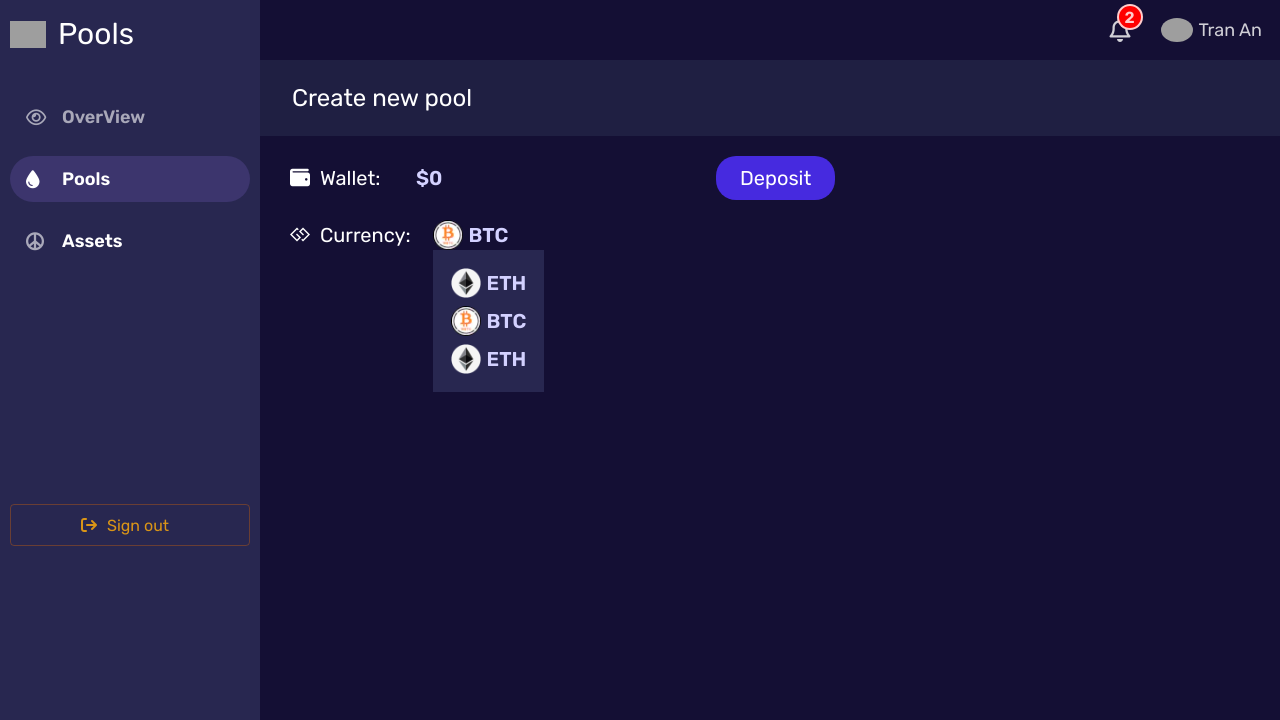
Repository: quynh232000/pools
Page: pool/create-pool.html
The author's editor kept a copy of each file at every save. The page is drawn from the files as they stood at one save, then again after the next save.
The browser window is 1280 px wide. The pictures show the whole page.
The pointer rests on the first visible `.type-money-more .type-money-item`.
Pictures or frames that could not be fetched are drawn as grey boxes.

Above is the page before, as saved 2023-07-14 00:37:01.

### pool/create-pool.html
<!DOCTYPE html>
<html lang="en">
  <head>
    <meta charset="UTF-8" />
    <meta name="viewport" content="width=device-width, initial-scale=1.0" />
    <title>Create Pool</title>

    <link rel="stylesheet" href="../src/css/base.css" />
    <link rel="stylesheet" href="../src/css/style.css" />
    <link rel="stylesheet" href="../src/css/pool.css" />
    <link rel="stylesheet" href="../src/css/create-pool.css" />
    <link
      rel="stylesheet"
      href="https://cdnjs.cloudflare.com/ajax/libs/font-awesome/6.4.0/css/all.min.css"
      integrity="sha512-iecdLmaskl7CVkqkXNQ/ZH/XLlvWZOJyj7Yy7tcenmpD1ypASozpmT/E0iPtmFIB46ZmdtAc9eNBvH0H/ZpiBw=="
      crossorigin="anonymous"
      referrerpolicy="no-referrer"
    />
  </head>
  <body>
    <div class="container">
      <div class="sidebar">
        <div class="sidebar-logo">
          <img src="https://sef-eco.vercel.app/assets/images/logo.png" alt="" />
          <span>Pools</span>
        </div>
        <div class="sidebar-items">
          <div class="sidebar-list">
            <div class="sidebar-item">
              <i class="fa-regular fa-eye"></i>
              <div class="sidebar-item-name">OverView</div>
            </div>
            <div class="sidebar-item sidebar-item-active">
              <i class="fa-solid fa-droplet"></i>
              <a href="/pool.html" class="sidebar-item-name">Pools</a>
            </div>
            <div class="sidebar-item">
              <i class="fa-solid fa-peace"></i>
              <a href="/index.html" class="sidebar-item-name">Assets</a>
            </div>
          </div>

          <div class="sidebar-sign-out">
            <i class="fa-solid fa-arrow-right-from-bracket"></i>
            <div class="sidebar-item-name">Sign out</div>
          </div>
        </div>
      </div>
      <div class="content">
        <div class="header">
          <div class="header-noti">
            <i class="fa-regular fa-bell"></i>
            <div class="header-noti-count">2</div>
          </div>
          <div class="header-user">
            <img
              src="https://static.vecteezy.com/system/resources/previews/002/002/257/original/beautiful-woman-avatar-character-icon-free-vector.jpg"
              alt=""
            />
            <div class="header-user-name">Tran An</div>
          </div>
        </div>
        <!-- body -->
        <div class="content-title">Create new pool</div>
        <div class="create-body">
          <div class="create-item">
            <i class="fa-solid fa-wallet"></i>
            <div class="create-item-title">Wallet:</div>
            <span>$0</span>
            <div class="create-btn">Deposit</div>
          </div>
          <div class="create-item">
            <i class="fa-brands fa-gg"></i>
            <div class="create-item-title">Currency:</div>
            <div class="create-select-type-money">
              <div class="type-money-item">
                <img src="../src/img/btc.png" alt="" />
                <div class="type-money-name">BTC</div>
              </div>
              <div class="type-money-more">
                <div class="type-money-item">
                  <img src="../src/img/eth.png" alt="" />
                  <div class="type-money-name">ETH</div>
                </div>
                <div class="type-money-item">
                  <img src="../src/img/btc.png" alt="" />
                  <div class="type-money-name">BTC</div>
                </div>
                <div class="type-money-item">
                  <img src="../src/img/eth.png" alt="" />
                  <div class="type-money-name">ETH</div>
                </div>
              </div>
            </div>
          </div>
        </div>
      </div>
    </div>
  </body>
</html>

### src/css/base.css
@import url('https://fonts.googleapis.com/css2?family=Rubik:wght@300;400;500;600;700&display=swap');
 :root{
    --primary-color:#fff;
    --text-color:#fff;
    --text-1-color:rgb(211, 209, 255);
    --bg-color:#140f34;
    --bg-item-color:#282750;

 }
*{
    box-sizing: inherit;
}
html,body{
    box-sizing: border-box;
    margin: 0;
    padding: 0;
    font-family: 'Rubik', sans-serif;
    color: var(--text-color);
}
a{
    color: white;
    text-decoration: none;
}

### src/css/style.css
.container{
    width: 100%;
    min-height: 100vh;
    background-color: var(--bg-color);
    display: flex;
}
.sidebar{
    width: 20%;
    min-width: 260px;
    max-width: 400px;
    display: flex;
    flex-direction: column;
    min-height: 100vh;
    background-color: var(--bg-item-color);
}
.sidebar-logo{
    display: flex;
    width: 100%;
    align-items: center;
    padding: 16px 10px;
}
.sidebar-logo img{
    width: 15%;
}
.sidebar-logo span{
    font-size: 30px;
    color: var(--primary-color);
    margin-left: 12px;

}
.sidebar-items{
    padding: 26px 10px;
    display: flex;
    flex-direction: column;
    justify-content: space-between;
    min-height: 70vh;
}
.sidebar-list{

}
.sidebar-item{
    font-size: 18px;
    display: flex;
    align-items: center;
    padding: 12px 16px;
    border-radius: 40px;
    color: rgb(255 255 255/.6);
    margin-bottom: 16px;
    font-weight: 600;
    transition: color .3s;
}
.sidebar-item:hover{
    cursor: pointer;
    color: rgb(255 255 255/.8);
}
.sidebar-item-active{
    background-color:#3c356d ;
    color: var(--text-color);
}
.sidebar-item i{
    min-width: 36px;
}
.sidebar-sign-out{
    display: flex;
    align-items: center;
    color: rgb(218, 149, 23);
    text-align: center;
    border: 1px solid rgba(202, 98, 12,.4);
    justify-content: center;
    padding-right: 10px;
    border-radius: 4px;
    transition: color border .3s;
}
.sidebar-sign-out:hover{
    cursor: pointer;
    color: rgb(253, 166, 5);
    border: 1px solid rgba(202, 98, 12,.5);
}
.sidebar-sign-out i{
    margin-right: 10px;
    padding: 12px 0;
}

.content{
    width: 85%;
    min-height: 100vh;
    /* background-color: var(--bg-color); */
}
.header{
    display: flex;
    justify-content: flex-end;
    padding: 18px;
    color: rgb(255 255 255/.8);
    align-items: center;
}
.header-user{
    display: flex;
    align-items: center;
    font-size: 18px;

}
.header-user img {
    width: 32px;
    border-radius: 50%;
    margin-right: 6px;
}
.header-noti{
    display: flex;
    margin-right: 30px;
    font-size: 20px;
    position: relative;
    font-size: 24px;
}
.header-noti-count{
    width: 26px;
    height: 26px;
    position: absolute;
    top: -14px;
    left: 7px;
    border: 2px solid  rgb(255 255 255/.8);
    text-align: center;
    border-radius: 50%;
    font-size: 16px;
    display: flex;
    align-items: center;
    justify-content: center;
    background-color: var(--bg-color);
    background-color: red;
    font-weight: 600;

}
.content-title{
    background-color: #1f1f42;
    padding: 24px 32px;
    font-size: 24px;
}
.content-list{
    display: flex;
    flex-direction: column;
    align-items: center;
    padding: 0 40px;
}
.content-list-body{
    width: 100%;
    margin-top: 20px;

}
.content-nav{
    width: 100%;
    display: flex;
    justify-content: space-between;
    padding: 12px 26px;
    margin: 10px 0;
    transition: background-color .2s ;
}
.content-nav:hover{
    background-color: #2d2d44;
}
.nav-left{
    width: 50%;
    display: flex;
    align-items: center;
    justify-content: space-between;
    font-size: 22px;

}
.nav-left-info{
    display: flex;
    align-items: center;
}
.nav-left-info img{
    width: 32px;
    margin-right: 8px;
}
.nav-left-name{
    font-size: 22px;
}
.nav-left-balance{
    display: flex;
    flex-direction: column;
    align-items: center;
    flex: 1;
}
.nav-left-balance span:nth-child(2){
    font-size: 20px;
    color: #a8a8a8;
}


.nav-right{
    width: 40%;
    display: flex;
    justify-content: space-between;
    align-items: center;
    color: #b3b1fd;
}
.nav-right span{
    transition: color .3s;
}
.nav-right span i{
    font-size: 16px !important;
    margin-left: 4px;
}
.nav-right span:hover{
    color:#f8c2b0;
    cursor: pointer;
}
.nav-text{
    color: #b3b1fd;
    font-size: 20px;
}
.nav-right .nav-tex:hover{
    color: #b3b1fd !important;
    cursor: no-drop;
}

### src/css/pool.css
.p-content-body{
    width: 100%;
    display: flex;
    flex-wrap: wrap;
    padding: 20px 10px;
}
.content-item-wrapper{
    width: 33.333%;
    padding: 10px ;
}
.p-content-item{
    border-radius: 6px;
    background-color: var(--bg-item-color);
    padding: 14px;
    transition: background-color .3s ease;
}
.p-content-item:hover{
    background-color: #2e2e60;
}
.p-content-item-top{
    display: flex;
    align-items:flex-start;

}
.p-content-item-img{
    margin-right: 6px;
}
.p-content-item-top-info{
    display: flex;
    flex-direction: column;
}
.p-content-item-top-info span{
    padding-top: 4px;
}
.p-content-item-top-info p{
    margin: 4px 0 10px 0;
    color: #a7a3a3;
}
.p-content-item-bottom{
    display: flex;
}
.p-item-type{
    margin-right: 10px;
    padding: 0 8px;
    text-align: center;
}
.p-item-type:first-child{
    border-right: 1px solid gray;
    padding-right: 16px;
}
.p-item-type span{
    font-size: 14px;
    color: #a7a3a3;
    /* font-weight: 600; */
}
.p-item-type p{
    margin: 0;
}
.add-pool{
    display: flex;
    flex-direction: column;
    align-items: center;
    font-size: 20px;
    min-height: 122px;
    justify-content: center;
}
.add-pool i{
    font-size: 26px;
    margin-bottom: 6px;
}

### src/css/create-pool.css
.create-body{
    width: 100%;
    display: flex;
    flex-direction: column;
    padding: 20px 30px;
}
.create-item{
    display: flex;
    font-size: 20px;
    align-items: center;
    margin-bottom: 20px;
}
.create-item-title{
    margin: 0 16px 0 10px;
    min-width: 80px;

}
.create-item span{
    color: var(--text-1-color);
    min-width: 300px;
    font-weight: 600;
}
.create-btn{
    background-color: rgb(70, 42, 223);
    padding: 10px 24px;
    border-radius: 20px;
    display: flex;
    justify-content: center;
    align-items: center;
    transition: background-color .3s ease;
}
.create-btn:hover{
    background-color: #6a67ea;
    cursor: pointer;
}
.create-select-type-money{
    position: relative;
    margin-left: 6px;
}
.type-money-item{
    display: flex;
    align-items: center;
}
.type-money-item img{
    width: 30px;
    height: 30px;
    object-fit: cover;
    margin-right: 6px;
}
.type-money-name{
    color: var(--text-1-color);
    font-weight: 600;
}
.type-money-more{
    position: absolute;
    background-color: var(--bg-item-color);
    padding: 10px;
}
.type-money-more .type-money-item{
    margin: 8px;
    border-radius: 6px;
}

After the next save:
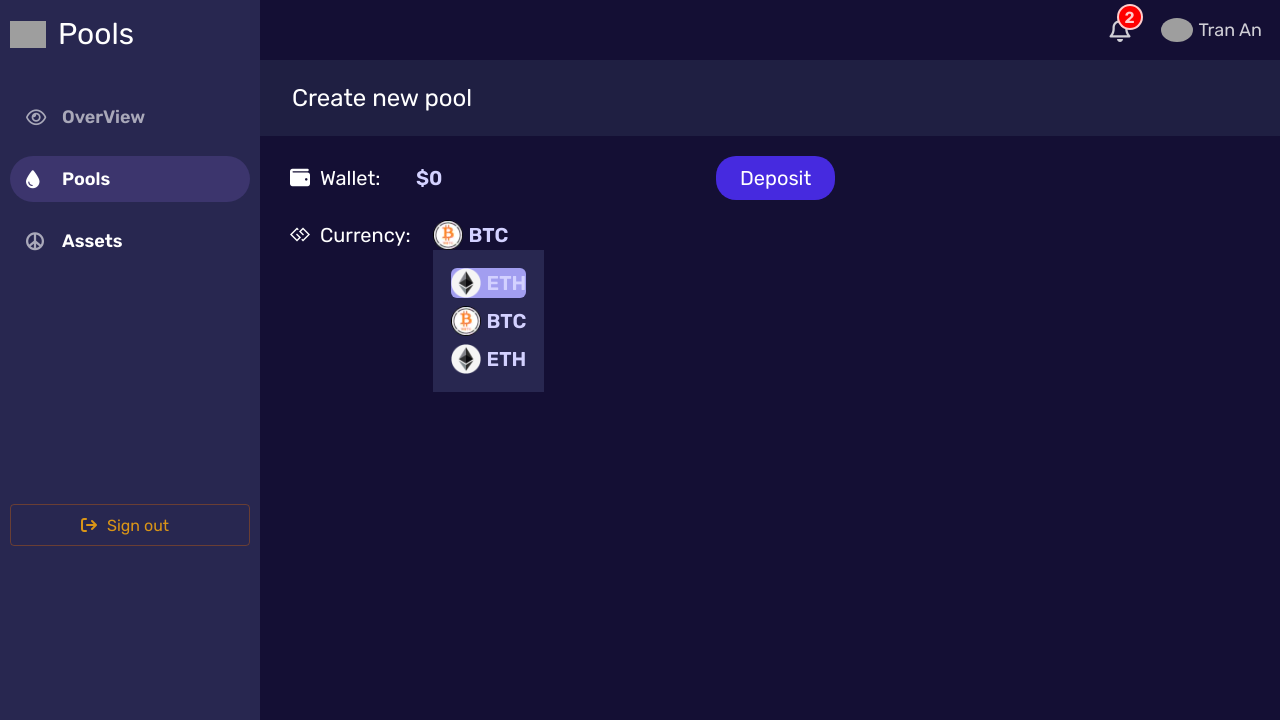
Saved 72 s later.
--- a/src/css/create-pool.css
+++ b/src/css/create-pool.css
@@ -60,3 +60,6 @@
     margin: 8px;
     border-radius: 6px;
 }
+.type-money-more .type-money-item:hover{
+    background-color: rgb(162, 158, 240);
+}
